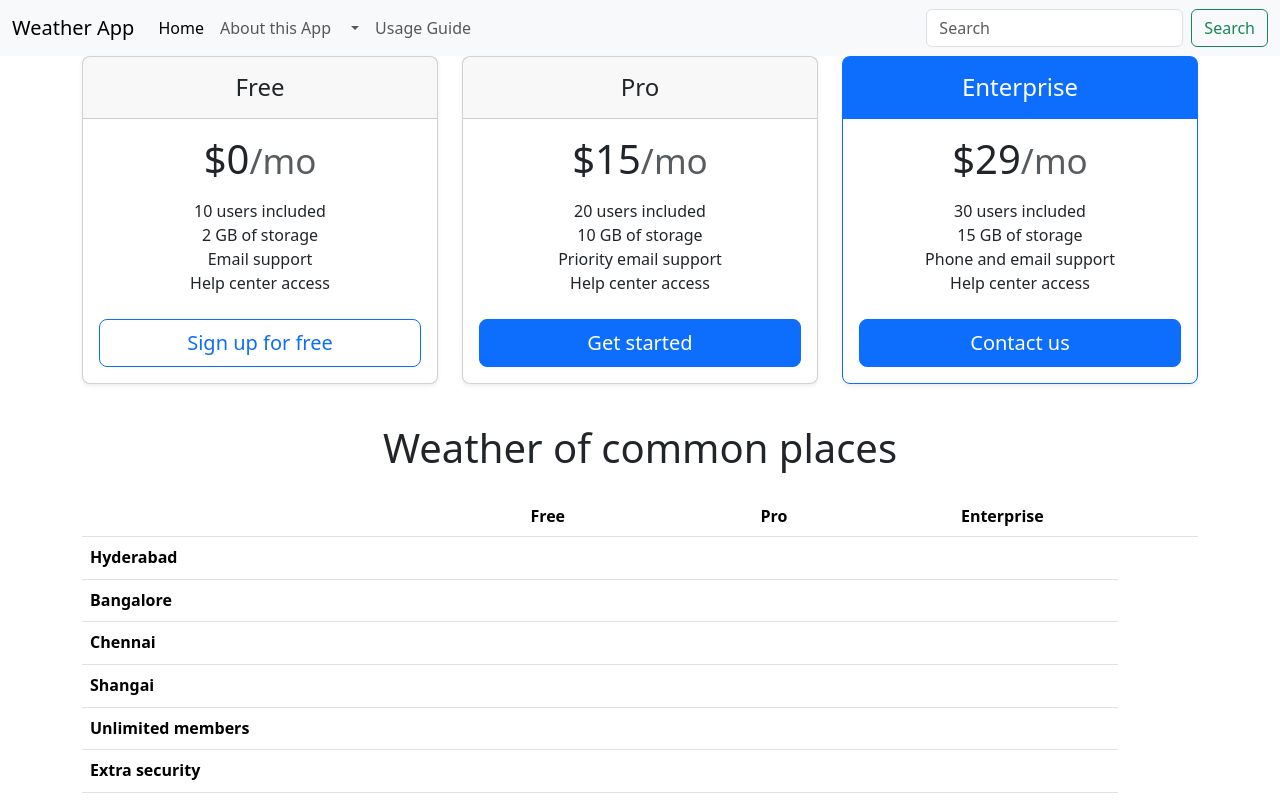
Repository: Abhilash2909/weather
Page: index.html
The author's editor kept a copy of each file at every save. The page is drawn from the files as they stood at one save, then again after the next save.
The browser window is 1280 px wide. The pictures show the whole page.
The page's requests for data from a server got no answer.

Above is the page before, as saved 2024-02-11 10:25:49.

After the next save:
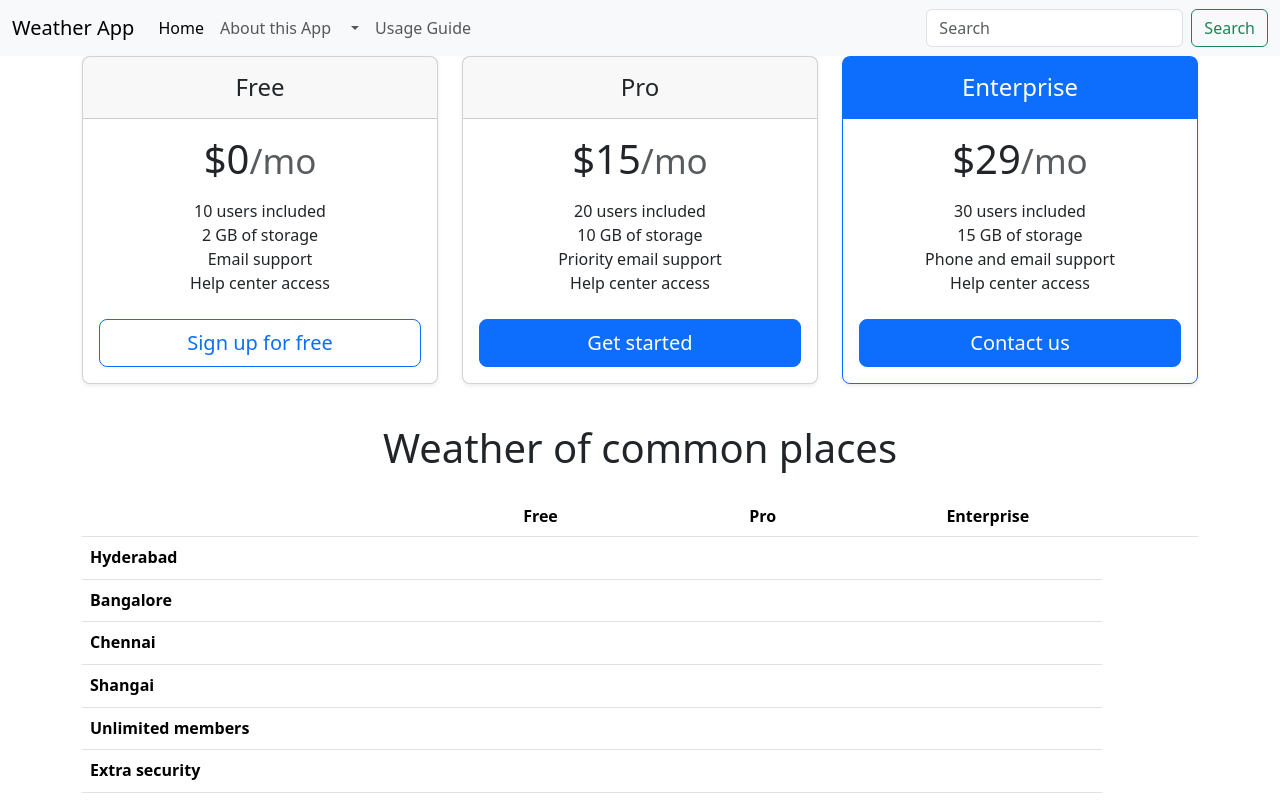
Saved 19 s later.
--- a/index.html
+++ b/index.html
@@ -113,6 +113,7 @@
                   <th style="width: 22%;"></th>
                     <th style="width: 22%;"></th>
                     <th style="width: 22%;"></th>
+                    <th style="width: 22%;"></th>
                     </th>
                   </th>
                 </th>
